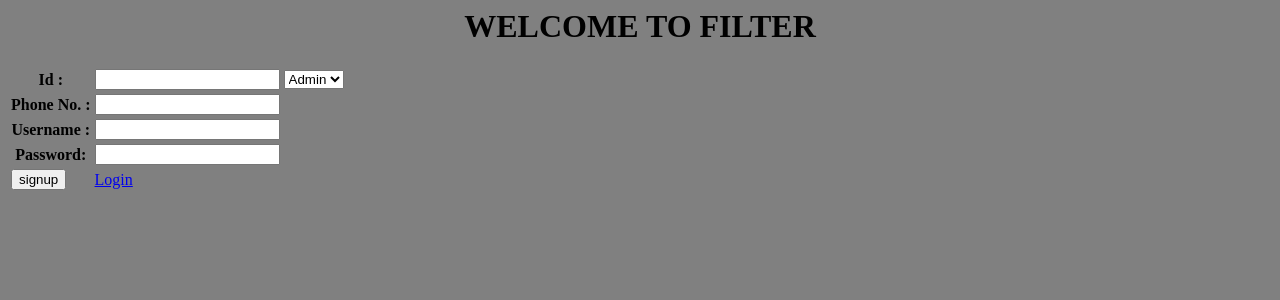
Repository: talkgunish/JAVA-WORLD
Page: advance_java/my_eclipse_java_proj/cookie_session/Filter/WebContent/signup.html
An editor plug-in stored every save of this project. The page is shown before and after the next save, followed by the edit.
The browser window is 1280 px wide. The pictures show the whole page.

Above is the page before, as saved 2018-06-21 08:55:04.

After the next save:
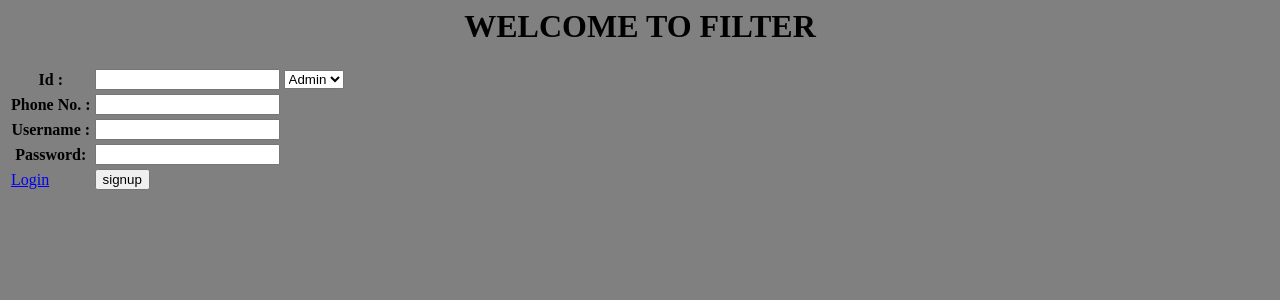
Saved 29 s later.
--- a/advance_java/my_eclipse_java_proj/cookie_session/Filter/WebContent/signup.html
+++ b/advance_java/my_eclipse_java_proj/cookie_session/Filter/WebContent/signup.html
@@ -22,8 +22,8 @@
 <tr><th>Password: </th>
 <td><input type="password" name='password'></td></tr>
 
-<tr><td><input type="submit" value="signup"></td>
-<td><a href="login.html">Login</a></tr>
+<tr><td><a href="login.html">Login</a>
+<td><input type="submit" value="signup"></td></tr>
 </table>
 </form>
 </body>
